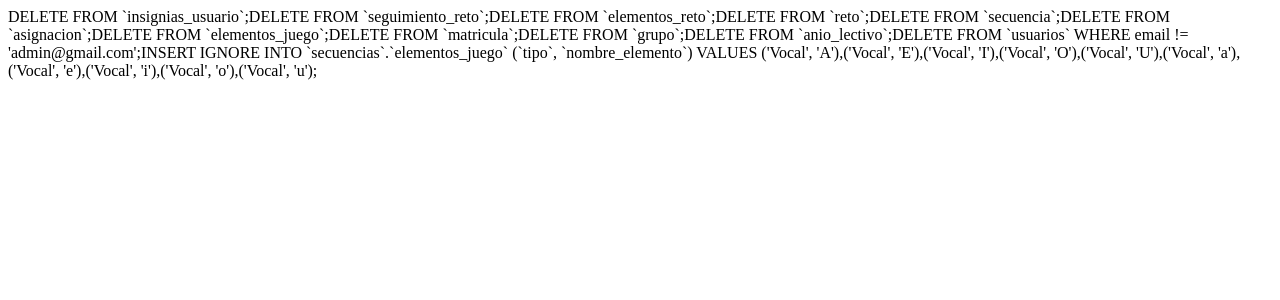
Repository: natoncia33/secuencias
Page: http://localhost/secuencias/eliminar_todo.php
The author's editor kept a record of every edit. The page is drawn from the files as they stood at one moment, then again after the next edit.
The browser window is 1280 px wide. The pictures show the whole page.
The page is run by PHP 8.4 with error messages shown; the project is at /var/www/html/.

Above is the page before.

After the next edit:
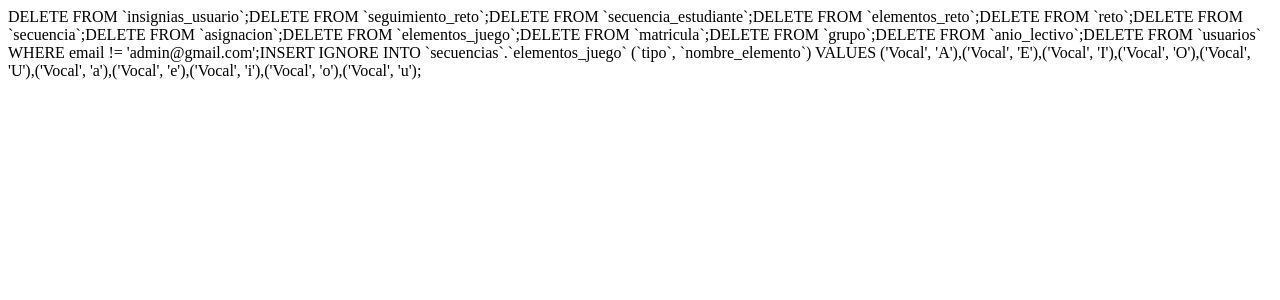
The edit:
--- a/secuencias/eliminar_todo.php
+++ b/secuencias/eliminar_todo.php
@@ -2,6 +2,7 @@
 require ("config/conexion.php");
 $sql = "DELETE FROM `insignias_usuario`;";
 $sql .= "DELETE FROM `seguimiento_reto`;";
+$sql .= "DELETE FROM `secuencia_estudiante`;";
 $sql .= "DELETE FROM `elementos_reto`;";
 $sql .= "DELETE FROM `reto`;";
 $sql .= "DELETE FROM `secuencia`;";
